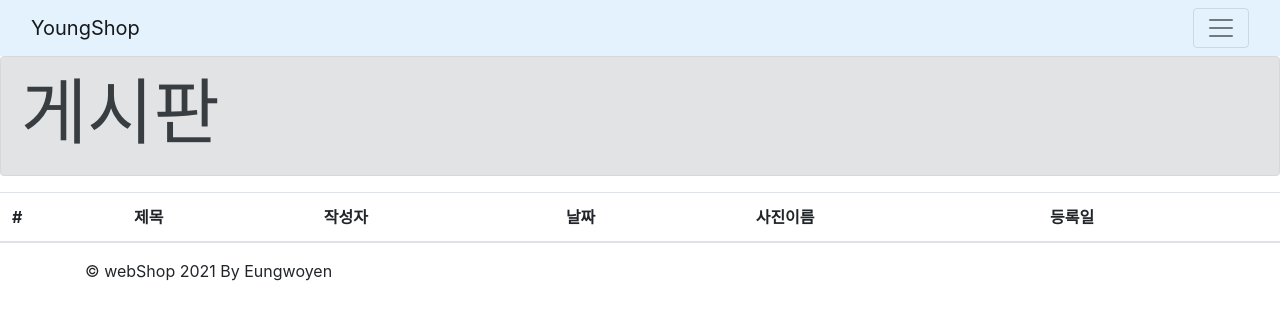
Repository: khss4008/JSP_project
Page: http://localhost/Webshop2/board/listBoard.jsp
An editor plug-in stored every save of this project. The page is shown before and after the next save, followed by the edit.
The browser window is 1280 px wide. The pictures show the whole page.
The page is served by Tomcat 9. Other server files are loaded and not shown. Queries for data that is not in the repository find no rows.

Above is the page before, as saved 2021-11-05 06:12:34.
Console error: TypeError: Cannot read properties of undefined (reading 'fn')

### Webshop2/WebContent/board/listBoard.jsp
<%@page import="dao.*"%>
<%@page import="java.util.ArrayList"%>
<%@ page language="java" contentType="text/html; charset=UTF-8"
    pageEncoding="UTF-8"%>
<!DOCTYPE html>
<html>
<head>
<meta charset="UTF-8">
<title>Insert title here</title>
</head>
<body>
<%@ include file = "/header.jsp" %>



<div class="alert alert-secondary" role="alert">
  <h3 class="display-3">게시판</h3>
</div>



<table class="table table-hover">


  <thead>
    <tr>
      <th scope="col">#</th>
      <th scope="col">제목</th>
      <th scope="col">작성자</th>
      <th scope="col">날짜</th>
    <th scope="col">사진이름</th>
    <th scope="col">등록일</th>
    </tr>
  </thead>
   <tbody>
  	<%
	ArrayList<BoardObj> boards = (new BoardDAO()).getList();

  	int i = 0;
  	for (BoardObj board : boards){


	%>


    <tr>
      <th scope="row"><%=++i %></th>
      <td><%=board.getBid() %></td>
      <td><%=board.getBtitle() %></td>
      <td><%=board.getBdescription() %></td>
      <td><%=board.getBfname() %></td>
      <td><%=board.getBdate() %></td>
    </tr>

    <%
  	}
    %>
  </tbody>

</table>



<%@ include file = "/footer.jsp" %>
</body>
</html>

### Webshop2/WebContent/header.jsp
<%@ page language="java" contentType="text/html; charset=UTF-8"
    pageEncoding="UTF-8"%>

<link rel="stylesheet" href="https://stackpath.bootstrapcdn.com/bootstrap/4.3.1/css/bootstrap.min.css" integrity="sha384-ggOyR0iXCbMQv3Xipma34MD+dH/1fQ784/j6cY/iJTQUOhcWr7x9JvoRxT2MZw1T" crossorigin="anonymous">
<script src="https://stackpath.bootstrapcdn.com/bootstrap/4.3.1/js/bootstrap.min.js" integrity="sha384-JjSmVgyd0p3pXB1rRibZUAYoIIy6OrQ6VrjIEaFf/nJGzIxFDsf4x0xIM+B07jRM" crossorigin="anonymous"></script>


<nav class="navbar navbar-light" style="background-color: #e3f2fd;">
  <div class="container-fluid">
    <a class="navbar-brand" href="/">YoungShop</a>
    <button class="navbar-toggler" type="button" data-bs-toggle="collapse" data-bs-target="#navbarNavDropdown" aria-controls="navbarNavDropdown" aria-expanded="false" aria-label="Toggle navigation">
      <span class="navbar-toggler-icon"></span>
    </button>
    <div class="collapse navbar-collapse" id="navbarNavDropdown">
      <ul class="navbar-nav">
        <li class="nav-item dropdown">
          <a class="nav-link dropdown-toggle" href="#" id="navbarDropdownMenuLink" role="button" data-bs-toggle="dropdown" aria-expanded="false">
            	게시판
          </a>
          <ul class="dropdown-menu" aria-labelledby="navbarDropdownMenuLink">
            <li><a class="dropdown-item" href="/product/products.jsp">제품목록</a></li>
            <li><a class="dropdown-item" href="#">장바구니</a></li>
          </ul>
        </li>

        <li class="nav-item dropdown">
          <a class="nav-link dropdown-toggle" href="#" id="navbarDropdownMenuLink" role="button" data-bs-toggle="dropdown" aria-expanded="false">
            	회원관리
          </a>
          <ul class="dropdown-menu" aria-labelledby="navbarDropdownMenuLink">
            <li><a class="dropdown-item" href="/member/loginMember.jsp">로그인</a></li>
            <li><a class="dropdown-item" href="#">로그아웃</a></li>
            <li><a class="dropdown-item" href="/member/joinMember.jsp">회원가입</a></li>
            <li><a class="dropdown-item" href="#">회원탈퇴</a></li>
          </ul>
        </li>

        <li class="nav-item dropdown">
          <a class="nav-link dropdown-toggle" href="#" id="navbarDropdownMenuLink" role="button" data-bs-toggle="dropdown" aria-expanded="false">
            	관리자
          </a>
          <ul class="dropdown-menu" aria-labelledby="navbarDropdownMenuLink">
            <li><a class="dropdown-item" href="/product/addProduct.jsp">제품등록</a></li>
            <li><a class="dropdown-item" href="/member/listMember.jsp">회원관리</a></li>

          </ul>
        </li>

      </ul>
    </div>
  </div>
</nav>

<script src="https://cdn.jsdelivr.net/npm/bootstrap@5.1.3/dist/js/bootstrap.bundle.min.js" integrity="sha384-ka7Sk0Gln4gmtz2MlQnikT1wXgYsOg+OMhuP+IlRH9sENBO0LRn5q+8nbTov4+1p" crossorigin="anonymous"></script>

### Webshop2/WebContent/footer.jsp
<footer class = "container">
	<p>&copy; webShop 2021 By Eungwoyen
</footer>

### Webshop2/src/dao/BoardDAO.java
package dao;

import java.sql.Connection;
import java.sql.PreparedStatement;
import java.sql.ResultSet;
import java.sql.SQLException;
import java.time.LocalDate;
import java.util.ArrayList;

import javax.naming.NamingException;

import util.ConnectionPool;

public class BoardDAO {

	public ArrayList<BoardObj> getList() throws NamingException, SQLException{

		Connection conn = null;
		PreparedStatement stmt = null;
		ResultSet rs = null;

		try {
			String sql = "SELECT * FROM board";
			conn = ConnectionPool.get();
			stmt = conn.prepareStatement(sql);
			rs = stmt.executeQuery();

			ArrayList<BoardObj> boards = new ArrayList<BoardObj>();

			while(rs.next()) {
				boards.add(new BoardObj(rs.getString("bid"),rs.getString("btitle"),rs.getString("bcontent"),
						rs.getString("bmember"), rs.getString("bdate")));
			} return boards;

		} finally {
			if(rs != null) rs.close();
			if(stmt != null) stmt.close();
			if(conn != null) conn.close();
		}
	}


	public int insert(String btitle, String bcontent, String bmember
			) throws NamingException, SQLException{

			Connection conn = null;
			PreparedStatement stmt = null;


			try {
				String sql = "INSERT INTO board (btitle, bcontent, bmember, bdate)"
						+" VALUES (?,?,?,?)";
				conn = ConnectionPool.get();
				stmt = conn.prepareStatement(sql);
				stmt.setString(1, btitle);
				stmt.setString(2, bcontent);
				stmt.setString(3, bmember);
				stmt.setString(4, LocalDate.now().toString());
				int count = stmt.executeUpdate(); //return이 1이면 데이터 나온거 2이면 아무것도 안된거

				return (count == 1) ? 1 : 2;

			} finally {
				if(conn != null) conn.close();
				if(stmt != null) stmt.close();
			}

		}
}

### Webshop2/src/util/ConnectionPool.java
package util;

import java.sql.*;
import javax.naming.*;
import javax.sql.DataSource;

public class ConnectionPool {
	private static DataSource _ds = null;

	public static Connection get() throws NamingException, SQLException {
		if (_ds == null ) {
			_ds = (DataSource) (new InitialContext()).lookup("java:comp/env/jdbc/webshop");
		}
		return _ds.getConnection();
	}
}

After the next save:
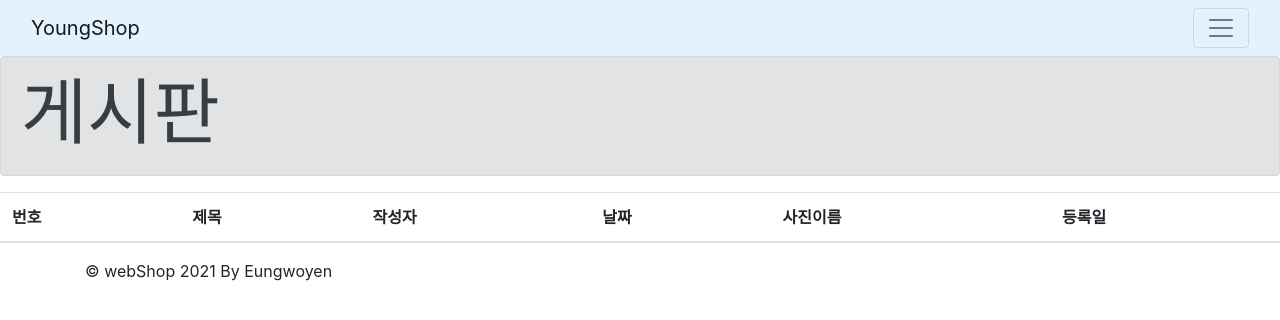
Saved 10 s later.
--- a/Webshop2/WebContent/board/listBoard.jsp
+++ b/Webshop2/WebContent/board/listBoard.jsp
@@ -24,7 +24,7 @@
 
   <thead>
     <tr>
-      <th scope="col">#</th>
+      <th scope="col">번호</th>
       <th scope="col">제목</th>
       <th scope="col">작성자</th>
       <th scope="col">날짜</th>
